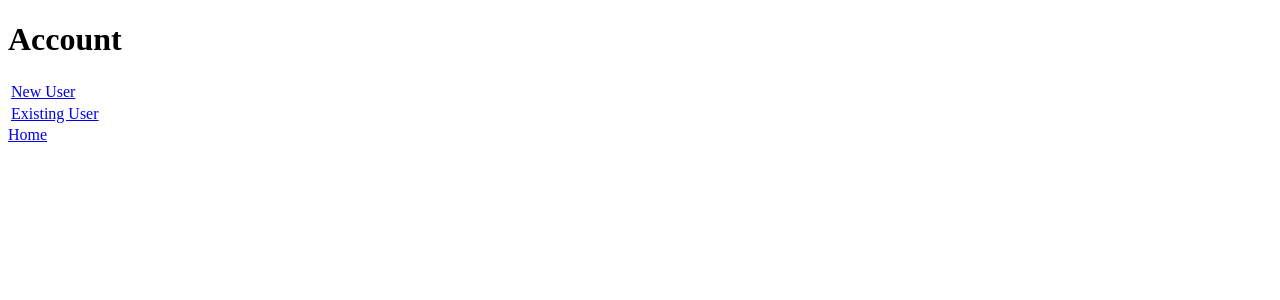
Repository: abigailCul/DistributedSystemsProject
Page: http://localhost/bookingClient/jsp/createbooking.jsp
An editor plug-in stored every save of this project. The page is shown before and after the next save, followed by the edit.
The browser window is 1280 px wide. The pictures show the whole page.
The page is served by Tomcat 9. Other server files are loaded and not shown.

Above is the page before, as saved 2018-12-10 15:35:25.

### WorkingProject/bookingClient/src/main/webapp/jsp/createbooking.jsp
<%@ page language="java" contentType="text/html; charset=ISO-8859-1"
	pageEncoding="ISO-8859-1"%>
<!DOCTYPE html>
<html>
<head>
<meta charset="ISO-8859-1">
<title>Create Booking</title>
</head>
<body>
	<h1>Account</h1>
	<table>
		<tr>
			<td><a href="/createAccount">New User</a></td>
		</tr>
		<tr>
			<td><a href="/existingUser">Existing User</a></td>
		</tr>

			</tr>
		</table>
		<a href="/">Home</a>
</body>
</html>

After the next save:
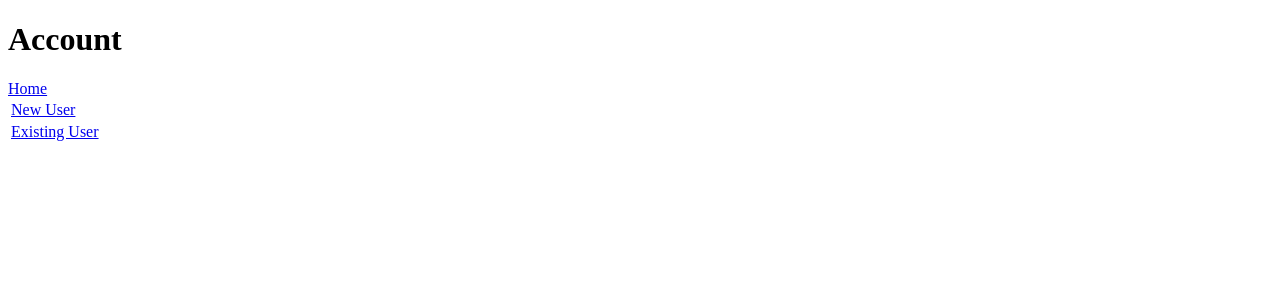
Saved 81 s later.
--- a/WorkingProject/bookingClient/src/main/webapp/jsp/createbooking.jsp
+++ b/WorkingProject/bookingClient/src/main/webapp/jsp/createbooking.jsp
@@ -17,7 +17,8 @@
 		</tr>
 
 			</tr>
+
+		<a href="/">Home</a>
 		</table>
-		<a href="/">Home</a>
 </body>
 </html>
